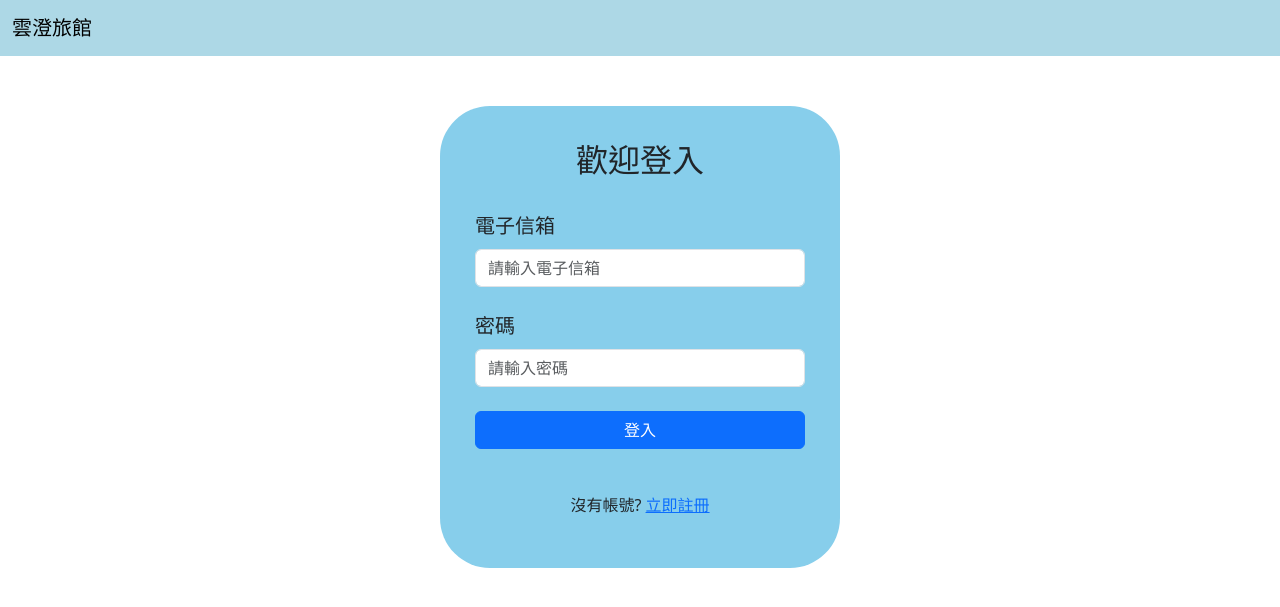
Repository: f97022/EEIT90
Page: http://localhost/CloudSerenityHotel/static/login.jsp
The author's editor kept a copy of each file at every save. The page is drawn from the files as they stood at one save, then again after the next save.
The browser window is 1280 px wide. The pictures show the whole page.
The page is served by Tomcat 10. Nobody is signed in. The application's start-up code is not run.

Above is the page before, as saved 2024-11-24 10:02:49.

After the next save:
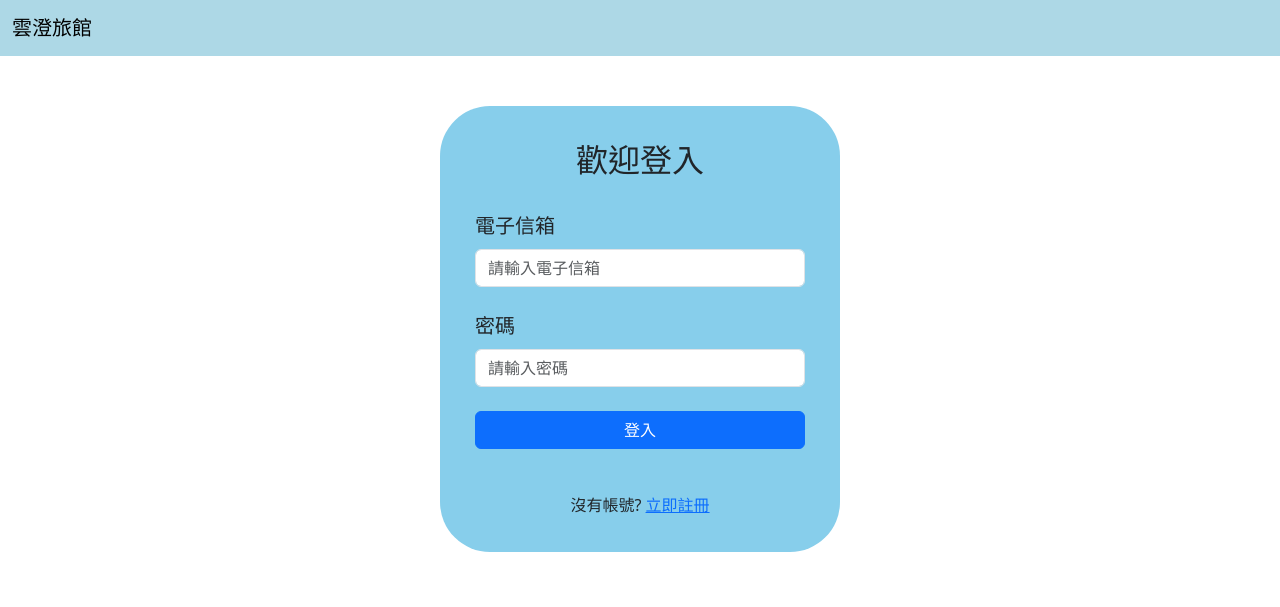
Saved 26 s later.
--- a/project/CloudSerenityHotel/src/main/webapp/static/login.jsp
+++ b/project/CloudSerenityHotel/src/main/webapp/static/login.jsp
@@ -68,7 +68,7 @@
 				}
 				%>
 			</p>
-			<p style='text-align: center;'>沒有帳號? <a href="register.html">立即註冊</a></p>
+			<p style='text-align: center;margin: 0;'>沒有帳號? <a href="register.html">立即註冊</a></p>
 		</form>
 	</div>
 
